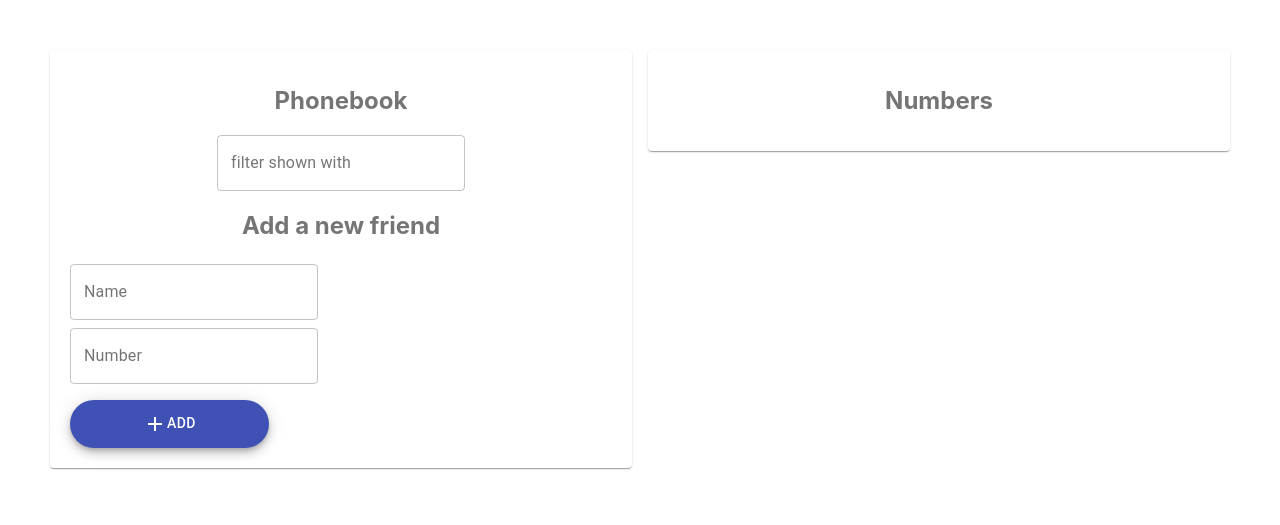
Repository: StacyLafume/phone-book
Page: / (app in phone-book/)
An editor plug-in stored every save of this project. The page is shown before and after the next save, followed by the edit.
The browser window is 1280 px wide. The pictures show the whole page.
The page's requests for data from a server got no answer. The project was rebuilt for these pictures with package versions that can differ from the ones it lists, and the page was loaded fresh each time. No one was signed in, and anything a server would have sent is missing. Also part of the build but not shown: phone-book/src/PhoneBook.js.

Above is the page before, as saved 2021-04-01 18:38:33.

After the next save:
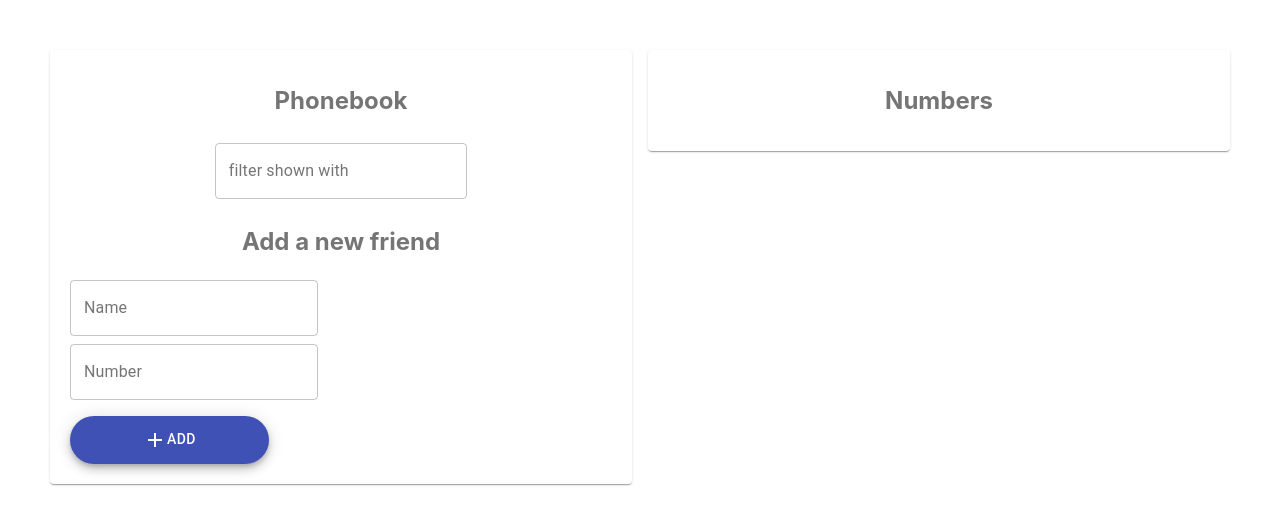
Saved 8 min 26 s later.
--- a/phone-book/src/Filter.js
+++ b/phone-book/src/Filter.js
@@ -17,7 +17,7 @@ const Filter = ({ showFilter, setshowFilter }) => {
   };
 
   return (
-    <div>
+    <div className={classes.root}>
       <TextField id="outlined-basic" value={showFilter} label="filter shown with" variant="outlined"onChange={filterPersons} />
     </div>
   );
